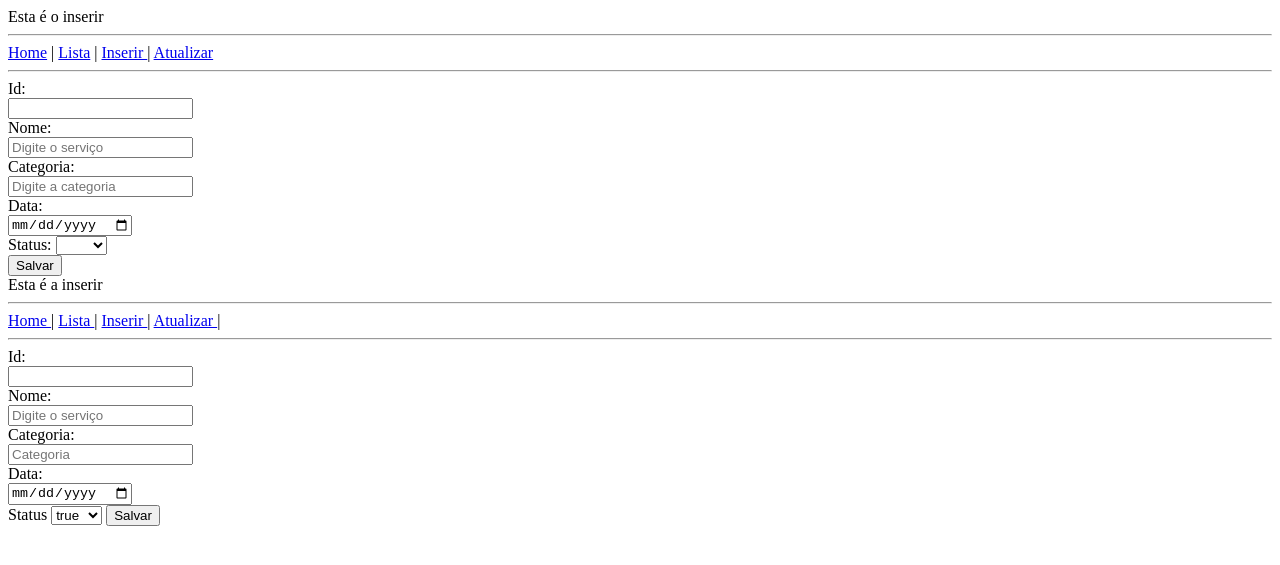
Repository: vivian-nakano/Projetos-Spring
Page: webmvc/src/main/resources/static/inserir.html
These files come from the project's save history. The page is drawn as it stood at one moment and after the next save; the edit follows.
The browser window is 1280 px wide. The pictures show the whole page.
The page's requests for data from a server got no answer. Some web libraries are served in a nearby version.

Above is the page before, as saved 2020-11-10 23:39:47.

### webmvc/src/main/resources/static/inserir.html
<!DOCTYPE html>
<html>
<head>
<meta charset="ISO-8859-1">

<title>Insert title here</title>


<title>Inserir</title>

<script
	src="https://ajax.googleapis.com/ajax/libs/angularjs/1.6.9/angular.min.js"></script>
<script src="controller.js">

</script>

</head>
<body>
	Esta é o inserir
	<hr>

	<a href="index.html">Home</a> |
	<a href="lista.html">Lista</a> |
	<a href="inserir.html">Inserir </a> |
	<a href="atualizar.html">Atualizar </a>

	<hr>
	<div ng-app="myApp" ng-controller="myCtrl">
		<form>
			Id:<br> <input type="number" ng-model="id" readonly><br>
			Nome: <br> <input type="text" ng-model="nome" size="20"
				placeholder="Digite o serviço"><br>
			Categoria: <br><input type="text" ng-model="categoria" size="20"
				placeholder="Digite a categoria"><br>
			Data: <br> <input
				type="date" ng-model="data" required><br>
			Status:
			<select ng-model="pago">
				<option>true</option>
				<option>false</option>
			</select>

		<br>	<button ng-click="salvar()">Salvar</button>
		</form>
	</div>


	Esta é a inserir
	<hr>
	<a href="index.html"> Home </a> |
	<a href="lista.html"> Lista </a> |
	<a href="inserir.html"> Inserir </a> |
	<a href="atualizar.html"> Atualizar </a> |

	<hr>
	<div ng-app="myApp" ng-controller="myCtrl">
		<form>
			Id: <br> <input type="number" ng-model="id" readonly> <br>

			Nome: <br> <input type="text" ng-model="nome" size="20"
				placeholder="Digite o serviço"><br>
			Categoria: <br> <input type="text" ng-model="categoria" size="20"
				placeholder="Categoria"><br>
			Data:<br> <input
				type="date" ng-model="data" required> <br>
			Status
			<select ng-model = "pago" >
					<option> true </option>
					<option> false </option>
			</select>

			<button ng-click="salvar()">Salvar</button>

		</form>
	</div>

</body>
</html>

### webmvc/src/main/resources/static/controller.js
var app = angular.module('myApp', []);
app.controller('myCtrl', function($scope, $http) {
	$scope.manutencoes = new Object();
	$scope.salvar = function() {
		$http.post("http://localhost:8080/manutencoes", {
			'id' : $scope.id,
			'nome' : $scope.nome,
			'categoria' : $scope.categoria,
			'data' : $scope.data,
			'pago' : $scope.pago
		})
	};
	$scope.buscarTodos = function() {
		$http.get("http://localhost:8080/manutencoes").then(function(resposta) {
			$scope.manutencoes = resposta.data;
		});
	}
	$scope.buscarTodos();
	$scope.put = function() {
		$http.put("http://localhost:8080/manutencoes/ " + $scope.id, {

			'nome' : $scope.nome,
			'categoria' : $scope.categoria,
			'pago' : $scope.pago
		})
	}

});

After the next save:
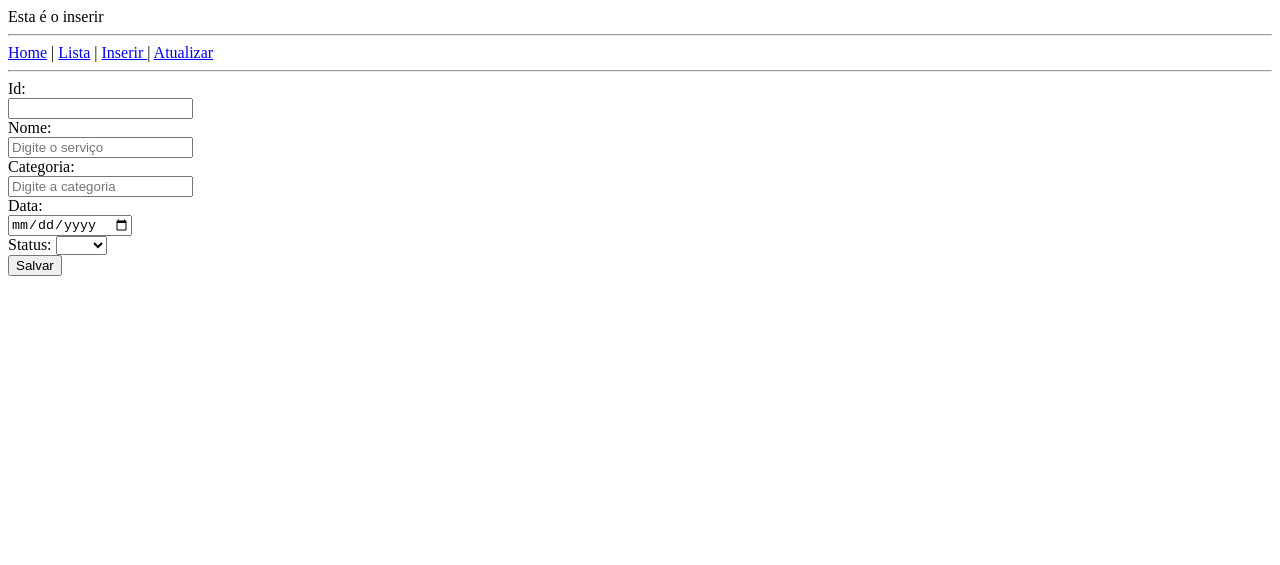
Saved 51 s later.
--- a/webmvc/src/main/resources/static/inserir.html
+++ b/webmvc/src/main/resources/static/inserir.html
@@ -29,12 +29,10 @@
 		<form>
 			Id:<br> <input type="number" ng-model="id" readonly><br>
 			Nome: <br> <input type="text" ng-model="nome" size="20"
-				placeholder="Digite o serviço"><br>
-			Categoria: <br><input type="text" ng-model="categoria" size="20"
-				placeholder="Digite a categoria"><br>
-			Data: <br> <input
-				type="date" ng-model="data" required><br>
-			Status:
+				placeholder="Digite o serviço"><br> Categoria: <br>
+			<input type="text" ng-model="categoria" size="20"
+				placeholder="Digite a categoria"><br> Data: <br> <input
+				type="date" ng-model="data" required><br> Status:
 			<select ng-model="pago">
 				<option>true</option>
 				<option>false</option>
@@ -45,34 +43,5 @@
 	</div>
 
 
-	Esta é a inserir
-	<hr>
-	<a href="index.html"> Home </a> |
-	<a href="lista.html"> Lista </a> |
-	<a href="inserir.html"> Inserir </a> |
-	<a href="atualizar.html"> Atualizar </a> |
-
-	<hr>
-	<div ng-app="myApp" ng-controller="myCtrl">
-		<form>
-			Id: <br> <input type="number" ng-model="id" readonly> <br>
-
-			Nome: <br> <input type="text" ng-model="nome" size="20"
-				placeholder="Digite o serviço"><br>
-			Categoria: <br> <input type="text" ng-model="categoria" size="20"
-				placeholder="Categoria"><br>
-			Data:<br> <input
-				type="date" ng-model="data" required> <br>
-			Status
-			<select ng-model = "pago" >
-					<option> true </option>
-					<option> false </option>
-			</select>
-
-			<button ng-click="salvar()">Salvar</button>
-
-		</form>
-	</div>
-
 </body>
 </html>
